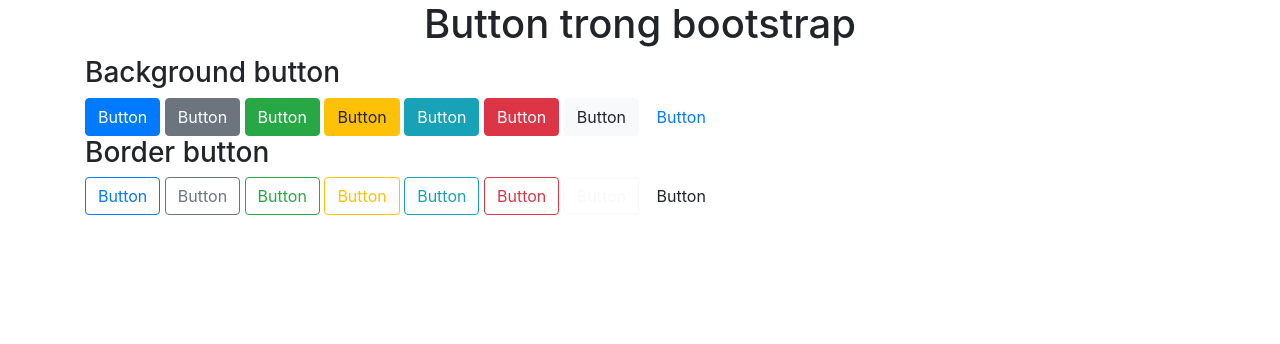
Repository: anhtu2110/front_end
Page: lesson/bootstrap/advance/5.1button.html
An editor plug-in stored every save of this project. The page is shown before and after the next save, followed by the edit.
The browser window is 1280 px wide. The pictures show the whole page.

Above is the page before, as saved 2022-12-06 19:40:23.

### lesson/bootstrap/advance/5.1button.html
<!DOCTYPE html>
<html lang="en">
  <head>
    <meta charset="UTF-8" />
    <meta http-equiv="X-UA-Compatible" content="IE=edge" />
    <meta name="viewport" content="width=device-width, initial-scale=1.0" />
    <link rel="stylesheet" href="./bootstrap/css/bootstrap.min.css" />
    <title>Button trong boostrapt</title>
  </head>
  <body>
    <div class="container">
      <div class="row">
        <div class="col-md-12">
          <h1 class="text-center">Button trong bootstrap</h1>
          <h3>Background button</h3>
          <button class="btn btn-primary">Button</button>
          <button class="btn btn-secondary">Button</button>
          <button class="btn btn-success">Button</button>
          <button class="btn btn-warning">Button</button>
          <button class="btn btn-info">Button</button>
          <button class="btn btn-danger">Button</button>
          <button class="btn btn-light">Button</button>
          <button class="btn btn-link">Button</button>
          <h3>Border button</h3>
          <button class="btn btn-outline-primary">Button</button>
          <button class="btn btn-outline-secondary">Button</button>
          <button class="btn btn-outline-success">Button</button>
          <button class="btn btn-outline-warning">Button</button>
          <button class="btn btn-outline-info">Button</button>
          <button class="btn btn-outline-danger">Button</button>
          <button class="btn btn-outline-light">Button</button>
          <button class="btn btn-outline-link">Button</button>
        </div>
      </div>
    </div>
    <script src="js/jquery-3.6.1.min.js"></script>
    <script src="js/popper.min.js"></script>
    <script src="./bootstrap/js/bootstrap.min.js"></script>
  </body>
</html>

Loaded but not shown: lesson/bootstrap/advance/bootstrap/css/bootstrap.min.css (library); lesson/bootstrap/advance/js/jquery-3.6.1.min.js (library); lesson/bootstrap/advance/js/popper.min.js (library); lesson/bootstrap/advance/bootstrap/js/bootstrap.min.js (library)

After the next save:
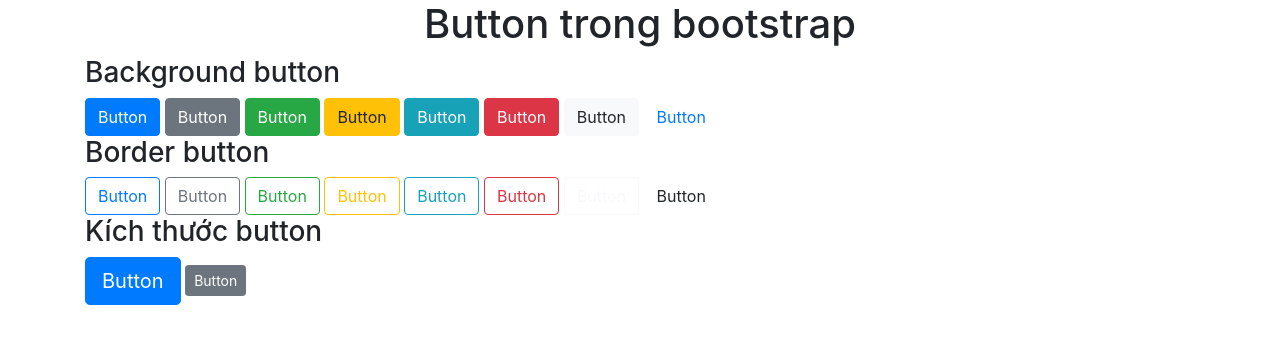
Saved 2 min 13 s later.
--- a/lesson/bootstrap/advance/5.1button.html
+++ b/lesson/bootstrap/advance/5.1button.html
@@ -30,6 +30,9 @@
           <button class="btn btn-outline-danger">Button</button>
           <button class="btn btn-outline-light">Button</button>
           <button class="btn btn-outline-link">Button</button>
+          <h3>Kích thước button</h3>
+          <button class="btn btn-lg btn-primary">Button</button>
+          <button class="btn btn-sm btn-secondary">Button</button>
         </div>
       </div>
     </div>
